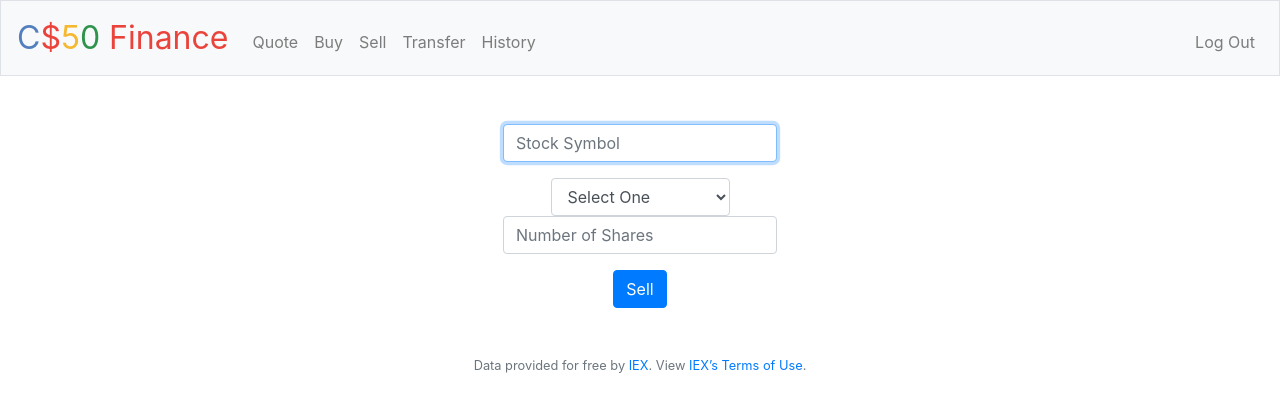
Repository: RyanMCollins/cs50
Page: http://localhost/sell
The author's editor kept a record of every edit. The page is drawn from the files as they stood at one moment, then again after the next edit.
The browser window is 1280 px wide. The pictures show the whole page.
The page is served by the project's application, run on Flask 3 (pset8/finance/application.py). The session is filled in as if someone had signed in: {"user_id": 1}. The page reads the database file committed with the project.

Above is the page before.

### pset8/finance/templates/sell.html
{% extends "layout.html" %}

{% block title %}
    Register
{% endblock %}

{% block main %}
    <form action="/sell" method="post">
        <div class="form-group">
            <input autocomplete="off" autofocus class="form-control" name="symbol" placeholder="Stock Symbol" type="text">
        </div>
        <select class="form-control" name="symbol">
                <option disabled="disabled" selected="selected">Select One</option>
                <option value="Freshman">Freshman</option>
                <option value="Sophomore">Sophomore</option>
                <option value="Junior">Junior</option>
                <option value="Senior">Senior</option>
                <option value="Graduate Student">Graduate Student</option>
                <option value="Post-Grad">Post-Grad</option>
                <option value="Post-Doc">Post-Doc</option>
            </select>
        <div class="form-group">
            <input autocomplete="off" autofocus class="form-control" name="shares" placeholder="Number of Shares" type="number" step="1">
        </div>
        <button class="btn btn-primary" type="submit">Sell</button>
    </form>
{% endblock %}

### pset8/finance/templates/layout.html
<!DOCTYPE html>

<html lang="en">

    <head>

        <!-- Required meta tags -->
        <meta charset="utf-8">
        <meta name="viewport" content="width=device-width, initial-scale=1, shrink-to-fit=no">

        <!-- documentation at http://getbootstrap.com/docs/4.1/, alternative themes at https://bootswatch.com/ -->
        <link href="https://maxcdn.bootstrapcdn.com/bootstrap/4.1.3/css/bootstrap.min.css" rel="stylesheet">

        <!-- https://favicon.io/emoji-favicons/money-mouth-face/ -->
        <link href="/static/favicon.ico" rel="icon">

        <link href="/static/styles.css" rel="stylesheet">

        <script src="https://code.jquery.com/jquery-3.3.1.min.js"></script>
        <script src="https://cdnjs.cloudflare.com/ajax/libs/popper.js/1.14.3/umd/popper.min.js"></script>
        <script src="https://maxcdn.bootstrapcdn.com/bootstrap/4.1.3/js/bootstrap.min.js"></script>

        <title>C$50 Finance: {% block title %}{% endblock %}</title>

    </head>

    <body>

        <nav class="navbar navbar-expand-md navbar-light bg-light border">
            <a class="navbar-brand" href="/"><span class="blue">C</span><span class="red">$</span><span class="yellow">5</span><span class="green">0</span> <span class="red">Finance</span></a>
            <button aria-controls="navbar" aria-expanded="false" aria-label="Toggle navigation" class="navbar-toggler" data-target="#navbar" data-toggle="collapse" type="button">
                <span class="navbar-toggler-icon"></span>
            </button>
            <div class="collapse navbar-collapse" id="navbar">
                {% if session.user_id %}
                    <ul class="navbar-nav mr-auto mt-2">
                        <li class="nav-item"><a class="nav-link" href="/quote">Quote</a></li>
                        <li class="nav-item"><a class="nav-link" href="/buy">Buy</a></li>
                        <li class="nav-item"><a class="nav-link" href="/sell">Sell</a></li>
                        <li class="nav-item"><a class="nav-link" href="/transfer">Transfer</a></li>
                        <li class="nav-item"><a class="nav-link" href="/history">History</a></li>
                    </ul>
                    <ul class="navbar-nav ml-auto mt-2">
                        <li class="nav-item"><a class="nav-link" href="/logout">Log Out</a></li>
                    </ul>
                {% else %}
                    <ul class="navbar-nav ml-auto mt-2">
                        <li class="nav-item"><a class="nav-link" href="/register">Register</a></li>
                        <li class="nav-item"><a class="nav-link" href="/login">Log In</a></li>
                    </ul>
                {% endif %}
            </div>
        </nav>

        {% if get_flashed_messages() %}
            <header>
                <div class="alert alert-primary border text-center" role="alert">
                    {{ get_flashed_messages() | join(" ") }}
                </div>
            </header>
        {% endif %}

        <main class="container p-5">
            {% block main %}{% endblock %}
        </main>

        <footer class="small text-center text-muted">
            Data provided for free by <a href="https://iextrading.com/developer">IEX</a>. View <a href="https://iextrading.com/api-exhibit-a/">IEX’s Terms of Use</a>.
        </footer>

    </body>

</html>

### pset8/finance/application.py
import os

from cs50 import SQL
from flask import Flask, flash, jsonify, redirect, render_template, request, session
from flask_session import Session
from tempfile import mkdtemp
from werkzeug.exceptions import default_exceptions, HTTPException, InternalServerError
from werkzeug.security import check_password_hash, generate_password_hash

from helpers import apology, login_required, lookup, usd

# Configure application
app = Flask(__name__)

# Ensure templates are auto-reloaded
app.config["TEMPLATES_AUTO_RELOAD"] = True


# Ensure responses aren't cached
@app.after_request
def after_request(response):
    response.headers["Cache-Control"] = "no-cache, no-store, must-revalidate"
    response.headers["Expires"] = 0
    response.headers["Pragma"] = "no-cache"
    return response


# Custom filter
app.jinja_env.filters["usd"] = usd

# Configure session to use filesystem (instead of signed cookies)
app.config["SESSION_FILE_DIR"] = mkdtemp()
app.config["SESSION_PERMANENT"] = False
app.config["SESSION_TYPE"] = "filesystem"
Session(app)

# Configure CS50 Library to use SQLite database
db = SQL("sqlite:///finance.db")


@app.route("/")
@login_required
def index():
    """Show portfolio of stocks"""

    # Get user id
    user_id = session["user_id"]

    # Get account balance
    user_balance = getuserbalance(user_id)

    # Get user stock info from db
    stocks = db.execute("SELECT stock, shares FROM shares WHERE user_id = :user_id", user_id=user_id)

    total_share_value = 0
    rows = ""

    # For each stock
    for stock in stocks:

        # Get stock name, sumbol and share value
        name, symbol, share_price = getstockinfo(stock["stock"])

        # Calculate value of all owned shares
        shares = stock["shares"]
        user_shares_value = share_price * shares

        # Add value of all owned shares to total share value
        total_share_value += user_shares_value

        # Add stock name, symbol, shares owned, share value and value of all owned shares to html sequence
        rows += "<tr><th>" + name + "</th><th>" + symbol + "</th><th>" + str(shares) + "</th><th>" + usd(share_price) \
                + "</th><th>" + usd(user_shares_value) + "</th></tr>"

    # Add total share value to account balance for total value
    total_value = usd(total_share_value + user_balance)
    user_balance = usd(user_balance)

    return render_template("index.html", rows=rows, cash=user_balance, portfolio=total_value)


@app.route("/buy", methods=["GET", "POST"])
@login_required
def buy():
    """Buy shares of stock"""
    # User reached route via POST (as by submitting a form via POST)
    if request.method == "POST":

        # Get username
        user_id = session["user_id"]

        # Get form data
        symbol = request.form.get("symbol")
        shares = request.form.get("shares")

        if not symbol:
            return apology("Stock not specified. Your order was cancelled")
        elif not shares:
            return apology("Number of shares not specified. Your order was cancelled")

        if not shares.isnumeric():
            return apology("Illegal character in shares field. Your order was cancelled")

        if "." in shares:
            return apology("Number of shares must be an integer. Your order was cancelled")

        shares = int(shares)

        if shares < 1:
            return apology("Not a valid number of shares. Your order was cancelled")

        # Get share price and symbol
        _, symbol, share_price = getstockinfo(symbol)
        if symbol == None:
            return apology("Stock Symbol Invalid")

        price = share_price * shares

        # Check that user can afford transaction
        user_balance = getuserbalance(user_id)
        if price > user_balance:
            return apology("Account balance is insufficient. Your order was cancelled")

        # Subtract transaction price from user's account
        new_balance = user_balance - price
        updateusercash(new_balance, user_id)

        # Add transaction to database
        addtransaction(user_id, symbol, shares, share_price, "buy")

        # Check if the user has shares of that stock
        has_shares = check_shares(user_id, symbol)

        if has_shares:

            # Update share count
            prev_shares = getshares(symbol, user_id)
            new_shares = shares + prev_shares
            updateshares(new_shares, user_id, symbol)

        else:

            # Insert information
            insertshares(user_id, symbol, shares)

        return redirect("/")

    else:
        return render_template("buy.html")


@app.route("/check", methods=["GET"])
def check():
    """Return true if username available, else false, in JSON format"""

    username = request.args.get("username")

    # Check that username is not taken
    is_taken = not (0 == db.execute("SELECT COUNT(id) FROM users WHERE username = :username",
                                    username=username)[0]['COUNT(id)'])

    is_valid = (not is_taken) and len(username) > 0
    if is_valid:
        return jsonify(True)
    else:
        return jsonify(False)


@app.route("/history")
@login_required
def history():
    """Show history of transactions"""

    # Get user id
    user_id = session["user_id"]

    # Get user transaction info from db
    transactions = db.execute("SELECT * FROM transactions WHERE user_id = :user_id", user_id=user_id)

    rows = ""

    # For each transaction
    for transaction in transactions:

        # Extract information
        date_time = transaction["date_time"]
        symbol = transaction["stock"]
        shares = transaction["shares"]
        share_price = transaction["share_price"]
        order_type = transaction["order_type"]

        # Get stock name
        name, _, _ = getstockinfo(symbol)

        # Calculate order value
        order_value = share_price * shares

        # Add date/time, stock name, symbol, shares exchanged, share value, order value, order type to html sequence
        rows += "<tr><th>" + date_time + "</th><th>" + name + "</th><th>" + symbol + "</th><th>" + str(shares) + "</th><th>" \
            + usd(share_price) + "</th><th>" + usd(order_value) + "</th><th>" + order_type + "</th></tr>"

    return render_template("history.html", rows=rows)


@app.route("/login", methods=["GET", "POST"])
def login():
    """Log user in"""

    # Forget any user_id
    session.clear()

    # User reached route via POST (as by submitting a form via POST)
    if request.method == "POST":

        # Ensure username was submitted
        if not request.form.get("username"):
            return apology("must provide username", 403)

        # Ensure password was submitted
        elif not request.form.get("password"):
            return apology("must provide password", 403)

        # Query database for username
        rows = db.execute("SELECT * FROM users WHERE username = :username",
                          username=request.form.get("username"))

        # Ensure username exists and password is correct
        if len(rows) != 1 or not check_password_hash(rows[0]["hash"], request.form.get("password")):
            return apology("invalid username and/or password", 403)

        # Remember which user has logged in
        session["user_id"] = rows[0]["id"]

        # Redirect user to home page
        return redirect("/")

    # User reached route via GET (as by clicking a link or via redirect)
    else:
        return render_template("login.html")


@app.route("/logout")
def logout():
    """Log user out"""

    # Forget any user_id
    session.clear()

    # Redirect user to login form
    return redirect("/")


@app.route("/quote", methods=["GET", "POST"])
@login_required
def quote():
    """Get stock quote."""

    if request.method == "POST":

        # Get symbol
        symbol = request.form.get("symbol")

        # Lookup stock information
        name, symbol, price = getstockinfo(symbol)

        if name == None:
            return apology("Stock Symbol Invalid")

        return render_template("quoted.html", name=name, symbol=symbol, price=usd(price))

    else:
        return render_template("quote.html")


@app.route("/register", methods=["GET", "POST"])
def register():
    """Register user"""

    if request.method == "POST":

        # Ensure username was submitted
        if not request.form.get("username"):
            return apology("must provide username")

        # Ensure password was submitted
        elif not request.form.get("password"):
            return apology("must provide password")

        # Ensure confirmation was submitted
        elif not request.form.get("confirmation"):
            return apology("must provide password confirmation")

        # Forget any user_id
        session.clear()

        # Get username and password
        username = request.form.get("username")
        password = request.form.get("password")
        confirmation = request.form.get("confirmation")

        # Check that username is not taken
        is_taken = not (0 == db.execute("SELECT COUNT(id) FROM users WHERE username = :username",
                                        username=username)[0]['COUNT(id)'])

        if is_taken:
            return apology("username is already in use.")

        # Check that passwords match
        if password != confirmation:
            return apology("passwords do not match")

        # Create password hash
        password = generate_password_hash(password)

        # Add new user to database
        db.execute("INSERT INTO users ('username', 'hash') VALUES (:username, :password)", username=username, password=password)

        # Query database for username
        rows = db.execute("SELECT * FROM users WHERE username = :username", username=username)

        # Remember which user has logged in
        session["user_id"] = rows[0]["id"]

        return render_template("quote.html")

    else:
        return render_template("register.html")


@app.route("/sell", methods=["GET", "POST"])
@login_required
def sell():
    """Sell shares of stock"""

    # Get user_id
    user_id = session["user_id"]

    # User reached route via POST (as by submitting a form via POST)
    if request.method == "POST":

        # Get form data
        symbol = request.form.get("symbol")
        shares = request.form.get("shares")

        if not symbol:
            return apology("Stock not specified. Your order was cancelled")
        elif not shares:
            return apology("Number of shares not specified. Your order was cancelled")

        shares = int(shares)

        if shares < 1:
            return apology("Not a valid number of shares. Your order was cancelled")

        # Get share price and symbol
        _, symbol, share_price = getstockinfo(symbol)
        if symbol == None:
            return apology("Stock Symbol Invalid")

        price = share_price * shares

        # Check if the user has shares of that stock
        has_shares = check_shares(user_id, symbol)

        if not has_shares:
            return apology("You do not own any shares of this stock. Your order was cancelled")

        # Check that user has sufficient shares
        shares_owned = getshares(symbol, user_id)

        if shares > shares_owned:
            return apology("You do not own enough shares. Your order was cancelled")

        # Add transaction price to user's account
        user_balance = getuserbalance(user_id)
        new_balance = user_balance + price
        updateusercash(new_balance, user_id)

        # Add transaction to database
        addtransaction(user_id, symbol, shares, share_price, "sell")

        # Update user's shares in database
        if shares == shares_owned:
            deleteshares(user_id, symbol)
        else:
            new_shares = shares_owned - shares
            updateshares(new_shares, user_id, symbol)

        return redirect("/")

    else:

        # Get list of user stocks from database
        stocks = db.execute("SELECT stock FROM shares WHERE user_id = :user_id", user_id=user_id)

        options = ""

        for stock in stocks:
            symbol = stock["stock"]

            # Add symbol to select menu
            options += "<option value='" + symbol + "'>" + symbol + "</option>"

        return render_template("sell.html", options=options)


@app.route("/transfer", methods=["GET", "POST"])
@login_required
def transfer():
    """Transfer shares to another user"""

    # User reached route via POST (as by submitting a form via POST)
    if request.method == "POST":

        # Get user_id
        user_id = session["user_id"]

        # Get form data
        symbol = request.form.get("symbol")
        shares = request.form.get("shares")
        transferee = request.form.get("transferee")

        if not symbol:
            return apology("Stock not specified. Your order was cancelled")
        elif not shares:
            return apology("Number of shares not specified. Your order was cancelled")
        elif not transferee:
            return apology("Username not specified. Your order was cancelled")

        shares = int(shares)

        # Get updated symbol and share price
        _, symbol, share_price = getstockinfo(symbol)
        if symbol == None:
            return apology("Stock Symbol Invalid")

        # Check that transferee exists
        is_user = not (0 == db.execute("SELECT COUNT(username) FROM users WHERE username = :username",
                                       username=transferee)[0]["COUNT(username)"])

        if not is_user:
            return apology("User does not exist. Your transfer was cancelled")

        transferee_id = db.execute("SELECT id FROM users WHERE username = :username",
                                   username=transferee)[0]["id"]

        # Check that user is not transferring to self
        if user_id == transferee_id:
            return apology("You cannot transfer to yourself")

        # Check if the user has shares of that stock
        has_shares = check_shares(user_id, symbol)

        if not has_shares:
            return apology("You do not own any shares of this stock. Your order was cancelled")

        # Check that user has sufficient shares
        shares_owned = getshares(symbol, user_id)

        if shares > shares_owned:
            return apology("You do not own enough shares. Your order was cancelled")

        # Update user's shares in database
        if shares == shares_owned:
            deleteshares(user_id, symbol)
        else:
            new_shares = shares_owned - shares
            updateshares(new_shares, user_id, symbol)

        # Add transaction to database for user
        addtransaction(user_id, symbol, shares, share_price, "transfer_send")

        # Update transferee's shares in database
        has_shares = check_shares(transferee_id, symbol)

        if has_shares:

            # Update share count
            prev_shares = getshares(symbol, transferee_id)
            new_shares = shares + prev_shares
            updateshares(new_shares, transferee_id, symbol)

        else:

            # Insert information
            insertshares(transferee_id, symbol, shares)

        # Add transaction to database for transferee
        addtransaction(transferee_id, symbol, shares, share_price, "transfer_receive")

        return redirect("/history")
    else:
        return render_template("transfer.html")


def getuserbalance(id):
    """Return cash balance of id"""
    return db.execute("SELECT cash FROM users WHERE id = :user_id", user_id=id)[0]["cash"]


def getstockinfo(symbol):
    """Get name, proper symbol, and share price of stock"""

    stockInfo = lookup(symbol)

    if stockInfo == None:
        return (None, None, None)

    name = stockInfo["name"]
    symbol = stockInfo["symbol"]
    share_price = stockInfo["price"]

    return (name, symbol, share_price)


def updateusercash(balance, id):
    """Update the user's cash balance"""
    db.execute("UPDATE users SET cash = :balance WHERE id = :user_id", balance=balance, user_id=id)
    return True


def updateshares(new_shares, user_id, symbol):
    """Update shares in database"""
    db.execute("UPDATE shares SET shares = :new_shares WHERE user_id = :user_id AND stock = :symbol",
               new_shares=new_shares, user_id=user_id, symbol=symbol)


def addtransaction(user_id, symbol, shares, share_price, order_type):
    """Add transaction to database"""
    return db.execute("INSERT INTO transactions ('user_id', 'stock', 'shares', 'share_price', 'order_type') \
                        VALUES (:user_id, :symbol, :shares, :share_price, :order_type)",
                      user_id=user_id, symbol=symbol, shares=shares, share_price=share_price, order_type=order_type)


def check_shares(user_id, symbol):
    """Check if user has any shares of stock"""
    return not (0 == db.execute("SELECT COUNT(stock) FROM shares WHERE user_id = :user_id AND stock = :symbol",
                                user_id=user_id, symbol=symbol)[0]['COUNT(stock)'])


def getshares(symbol, user_id):
    """Get number of shares user has of stock"""
    return db.execute("SELECT shares FROM shares WHERE stock = :symbol AND user_id = :user_id",
                      symbol=symbol, user_id=user_id)[0]["shares"]


def insertshares(user_id, symbol, shares):
    """Insert new share info into database"""
    return db.execute("INSERT INTO shares ('user_id', 'stock', 'shares') VALUES (:user_id, :symbol, :shares)",
                      user_id=user_id, symbol=symbol, shares=shares)


def deleteshares(user_id, symbol):
    """Delete share info from database"""
    db.execute("DELETE FROM shares WHERE user_id = :user_id AND stock = :symbol", user_id=user_id, symbol=symbol)


def errorhandler(e):
    """Handle error"""
    if not isinstance(e, HTTPException):
        e = InternalServerError()
    return apology(e.name, e.code)


# Listen for errors
for code in default_exceptions:
    app.errorhandler(code)(errorhandler)

### pset8/finance/helpers.py
import requests
import urllib.parse

from flask import redirect, render_template, request, session
from functools import wraps


def apology(message, code=400):
    """Render message as an apology to user."""
    def escape(s):
        """
        Escape special characters.

        https://github.com/jacebrowning/memegen#special-characters
        """
        for old, new in [("-", "--"), (" ", "-"), ("_", "__"), ("?", "~q"),
                         ("%", "~p"), ("#", "~h"), ("/", "~s"), ("\"", "''")]:
            s = s.replace(old, new)
        return s
    return render_template("apology.html", top=code, bottom=escape(message)), code


def login_required(f):
    """
    Decorate routes to require login.

    http://flask.pocoo.org/docs/1.0/patterns/viewdecorators/
    """
    @wraps(f)
    def decorated_function(*args, **kwargs):
        if session.get("user_id") is None:
            return redirect("/login")
        return f(*args, **kwargs)
    return decorated_function


def lookup(symbol):
    """Look up quote for symbol."""

    # Contact API
    try:
        response = requests.get(
            f"https://cloud-sse.iexapis.com/stable/stock/{urllib.parse.quote_plus(symbol)}/quote?token=pk_d5296710ea694a809e4238621e30cd84")
        response.raise_for_status()
    except requests.RequestException:
        return None
    # Parse response
    try:
        quote = response.json()
        return {
            "name": quote["companyName"],
            "price": float(quote["latestPrice"]),
            "symbol": quote["symbol"]
        }
    except (KeyError, TypeError, ValueError):
        return None


def usd(value):
    """Format value as USD."""
    return f"${value:,.2f}"

### pset8/finance/finance.db (the tables this page reads, as SQL)
CREATE TABLE 'shares' ('id' integer PRIMARY KEY AUTOINCREMENT NOT NULL,'user_id' char(255) NOT NULL, 'stock' char(16) NOT NULL, 'shares' integer NOT NULL);
INSERT INTO "shares" VALUES
(19, '10', 'MSFT', 37),
(20, '10', 'AAPL', 20),
(22, '11', 'JNJ', 1),
(25, '10', 'JNJ', 5),
(26, '10', 'SNAP', 4),
(27, '13', 'MSFT', 15);

Loaded but not shown: pset8/finance/static/styles.css (common file)

After the next edit:
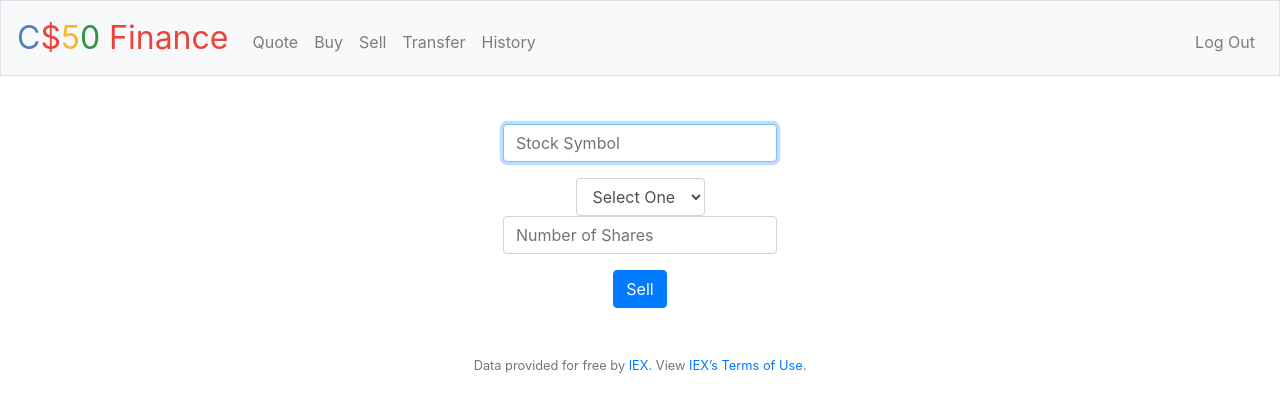
The edit:
--- a/pset8/finance/templates/sell.html
+++ b/pset8/finance/templates/sell.html
@@ -11,13 +11,7 @@
         </div>
         <select class="form-control" name="symbol">
                 <option disabled="disabled" selected="selected">Select One</option>
-                <option value="Freshman">Freshman</option>
-                <option value="Sophomore">Sophomore</option>
-                <option value="Junior">Junior</option>
-                <option value="Senior">Senior</option>
-                <option value="Graduate Student">Graduate Student</option>
-                <option value="Post-Grad">Post-Grad</option>
-                <option value="Post-Doc">Post-Doc</option>
+                {{ options | safe }}
             </select>
         <div class="form-group">
             <input autocomplete="off" autofocus class="form-control" name="shares" placeholder="Number of Shares" type="number" step="1">
